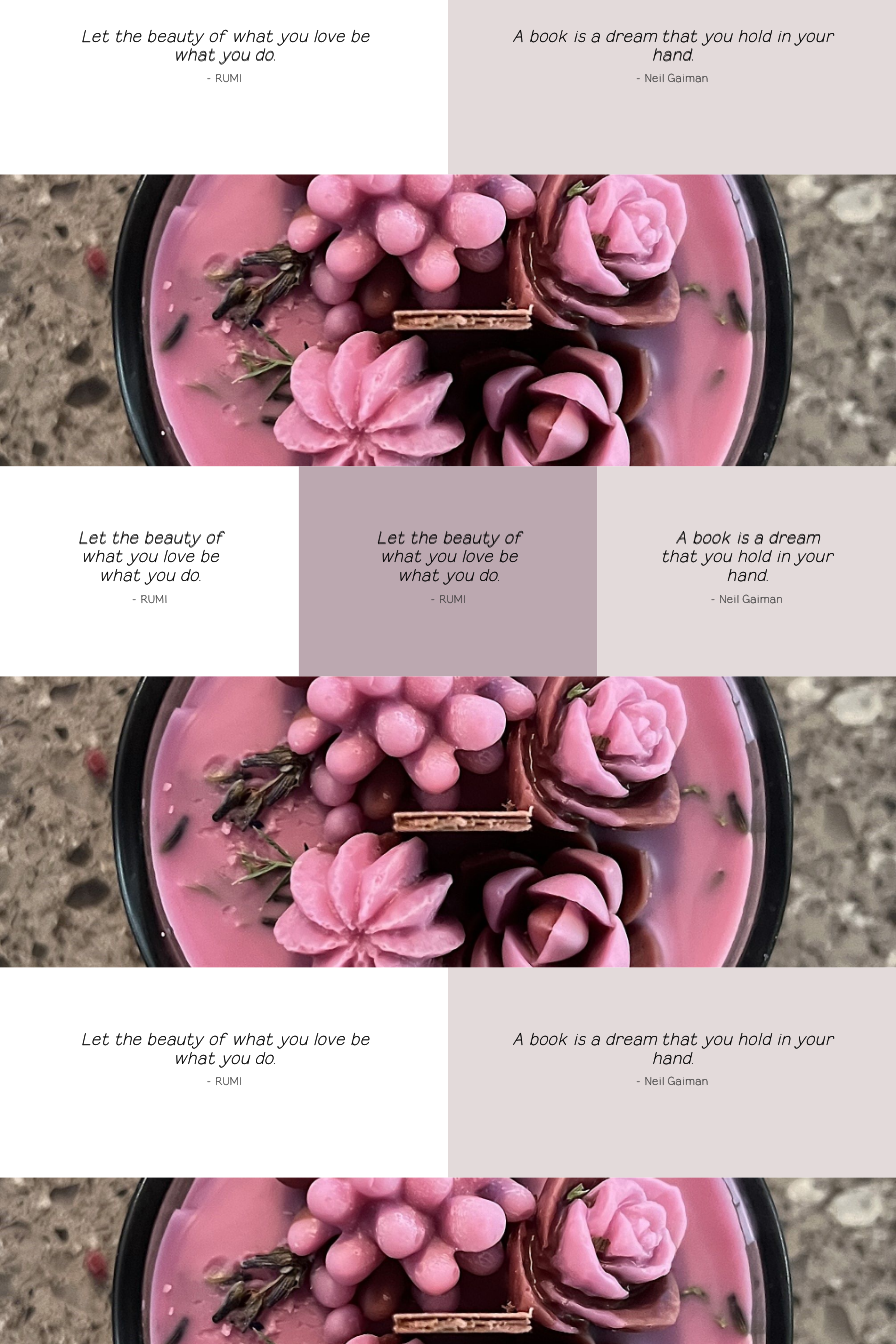
Repository: Brittany-Westlund/MART341-WebDesign
Page: WebDesignHomework/Assignment12/gallery.html
These files come from the project's save history. The page is drawn as it stood at one moment and after the next save; the edit follows.
The browser window is 1280 px wide. The pictures show the part of the page from y = 385 to 2305 px (the page is 2545 px tall before and 2649 px after), at 70% of full size.
Some web fonts or font styles are not loaded; a fallback is used.

Above is the page before, as saved 2024-11-15 20:12:31.

### WebDesignHomework/Assignment12/gallery.html
<!DOCTYPE html>
<html lang="en">
<head>
    <meta charset="UTF-8">
    <meta name="viewport" content="width=device-width, initial-scale=1.0">
    <title>My Inspiration Board</title>
    <link rel="preconnect" href="https://fonts.googleapis.com">
    <link rel="preconnect" href="https://fonts.gstatic.com" crossorigin>
    <link href="https://fonts.googleapis.com/css2?family=Arvo:ital,wght@0,400;0,700;1,400;1,700&family=Khand:wght@300;400;500;600;700&display=swap" rel="stylesheet">
    <link rel="stylesheet" href="style/style.css">
</head>
<body>
    <nav>
        <ul>
            <li><a href="index.html">inspiration</a></li>
            <li><a href="gallery.html">gallery</a></li>
            <li><a href="about.html">about</a></li>
            <li><a href="contact.html">contact</a></li>
        </ul>
    </nav>

<!-- Full-width video section -->
<div>
    <video class="full-width-video" autoplay muted loop>
        <source src="videos/journaling-video.mp4" type="video/mp4">
        Your browser does not support the video tag.
    </video>
</div>

<!-- Two-column block section -->
    <div class="two-column-gallery">
        <div class="left-section">
            <blockquote>Let the beauty of what you love be what you do.</blockquote>
            <p id="quote-author">- RUMI</p>
        </div>
        <div class="right-section">
            <blockquote>A book is a dream that you hold in your hand.</blockquote>
            <p id="quote-author">- Neil Gaiman</p>
        </div>
    </div>

 <!-- Full-width image section -->
 <div>
    <img class="banner-image" src="images/succulent_candle_topview_banner.jpg">
</div>

<!-- Three-column block section -->
<div class="three-column-gallery">
    <div class="left-section">
        <blockquote>Let the beauty of what you love be what you do.</blockquote>
        <p id="quote-author">- RUMI</p>
    </div>
    <div class="middle-section">
        <blockquote>Let the beauty of what you love be what you do.</blockquote>
        <p id="quote-author">- RUMI</p>
    </div>
    <div class="right-section">
        <blockquote>A book is a dream that you hold in your hand.</blockquote>
        <p id="quote-author">- Neil Gaiman</p>
    </div>
</div>

 <!-- Full-width image section -->
    <div>
        <img class="banner-image" src="images/succulent_candle_topview_banner.jpg">
    </div>

<!-- Two-column block section -->
<div class="two-column-gallery">
    <div class="left-section">
        <blockquote>Let the beauty of what you love be what you do.</blockquote>
        <p id="quote-author">- RUMI</p>
    </div>
    <div class="right-section">
        <blockquote>A book is a dream that you hold in your hand.</blockquote>
        <p id="quote-author">- Neil Gaiman</p>
    </div>
</div>

<!-- Full-width image section -->
<div>
    <img class="banner-image" src="images/succulent_candle_topview_banner.jpg">
</div>

    <footer>
        &copy; 2024 My Inspiration Board
    </footer>
</body>
</html>

### WebDesignHomework/Assignment12/style/style.css
/* Reset default styles */
* {
    margin: 0;
    padding: 0;
    box-sizing: border-box;
}

@font-face {
    font-family: 'Kitten';
    src: url('fonts/Kitten.ttf') format('truetype');
    font-weight: normal;
    font-style: normal;
}


body {
    font-family: 'Kitten', sans-serif; /* Falls back to sans-serif if font fails to load */
    text-shadow: 0.25px 0.25px 0 #000; /* Creates a thin shadow outline */
    font-size: 1.05em; /* Slightly increase font size to give a bolder effect */
}

/* Navigation styling */
nav {
    background-color: #fefefe;
    padding: 10px;
    text-align: center;
    font-family: arvo,  sans-serif;
    letter-spacing: 2px;
    font-size: 13px;
}

nav ul {
    list-style-type: none;
    display: flex;
    justify-content: center;
    gap: 20px;
}

nav ul li a {
    color: #4f3d3d;
    text-decoration: none;
    transition: color 0.3s ease, transform 0.3s ease; /* Smooth transition for hover effects */
}

/* Hover effect */
nav ul li a:hover {
    color: #a8858e; /* Change color on hover */
    text-decoration: overline; /* Add overline on hover for cleaner look */
}

h1 {
    font-family: arvo, sans-serif;
    letter-spacing: 2px;
}

/* Dark gray banner styling */
.banner {
    height: 200px;
    background-color: #333;
    color: white;
    display: flex;
    align-items: center;
    justify-content: center;
    font-size: 3.3em;
    font-family: arvo;
    text-align: center;
    letter-spacing: 0.2em;
}

/* Banner image styling */
.banner-image {
    width: 100%;
    height: auto;
    display: block;
}

/* Two-column block styling */
.two-column-block {
    display: flex;
}

.two-column-block div {
    flex: 1;
    padding: 90px;
    text-align: center;
}

/* Two-column gallery styling */
.two-column-gallery {
    display: flex;
}

.two-column-gallery div {
    flex: 1;
    height: 300px;
    padding: 90px;
    text-align: center;
}

/* Three-column gallery styling */
.three-column-gallery {
    display: flex;
}

.three-column-gallery div {
    flex: 1;
    height: 300px;
    padding: 90px;
    text-align: center;
}

.left-section {
    background-color: #ffffff;
}

.middle-section {
    background-color: #bca8b0;
}

.right-section {
    background-color: #e3dada;
}

.about-section {
    max-width: 800px; /* Limits the width for readability */
    margin: 0 auto; /* Centers the section horizontally */
    padding: 20px; /* Adds space inside the section */
    text-align: center; /* Centers the text */
    line-height: 1.6; /* Improves readability */
}

/* Styling for blockquote and author */
blockquote {
    font-size: 1.5em;
    font-style: italic;
    margin-bottom: 10px;
}

#quote-author {
    font-size: 1em;
    color: #555;
    margin-top: 5px;
}

/* Full-width video styling */
.full-width-video {
    width: 100%;
    height: 300px;
    object-fit: cover;
    display: block;
}

/* Footer styling */
footer {
    background-color: #333;
    color: white;
    text-align: center;
    padding: 20px;
}

After the next save:
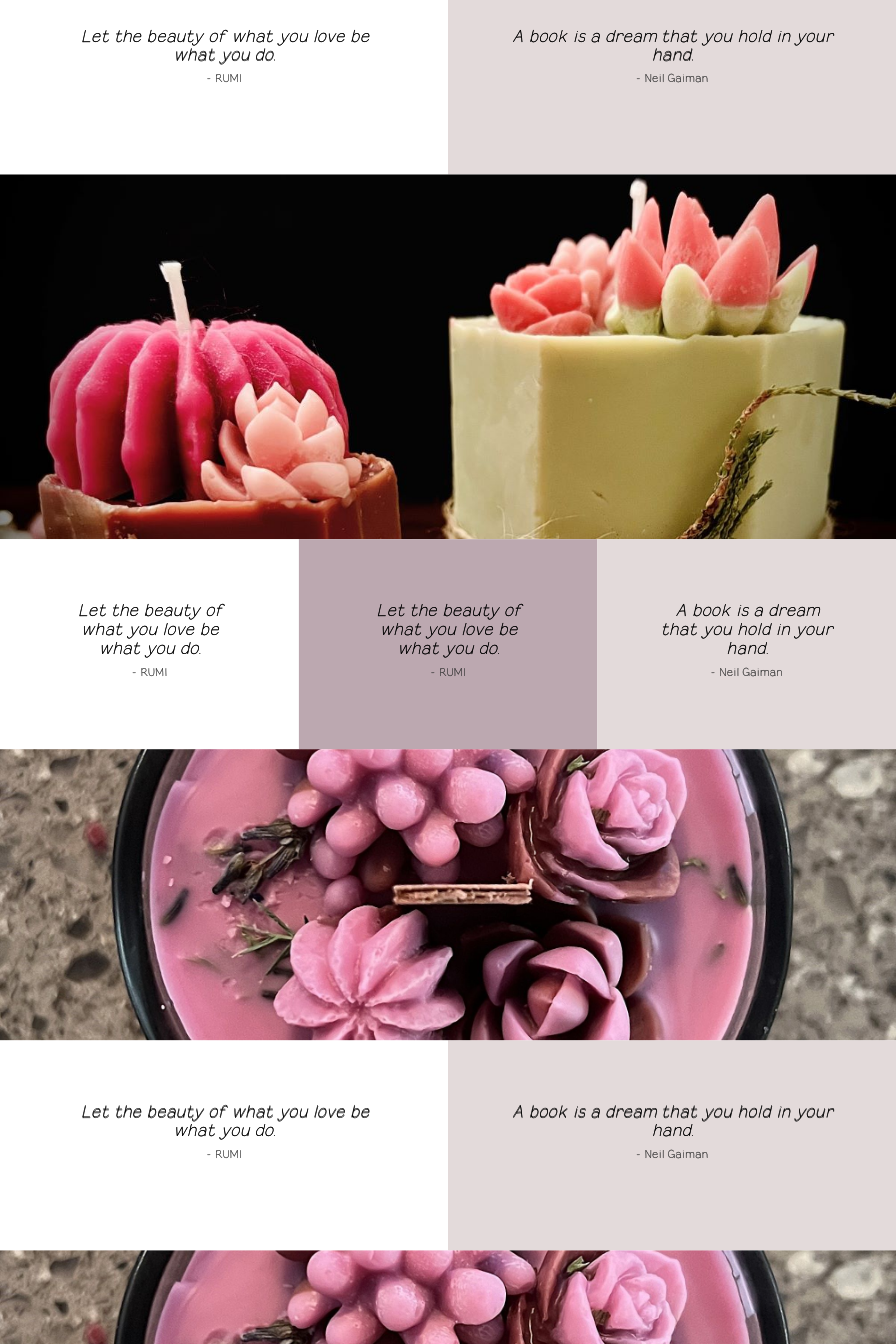
Saved 29 min 1 s later.
--- a/WebDesignHomework/Assignment12/gallery.html
+++ b/WebDesignHomework/Assignment12/gallery.html
@@ -41,7 +41,7 @@
 
  <!-- Full-width image section -->
  <div>
-    <img class="banner-image" src="images/succulent_candle_topview_banner.jpg">
+    <img class="banner-image" src="images/closeup-two-candles.JPG">
 </div>
 
 <!-- Three-column block section -->

After the save that followed:
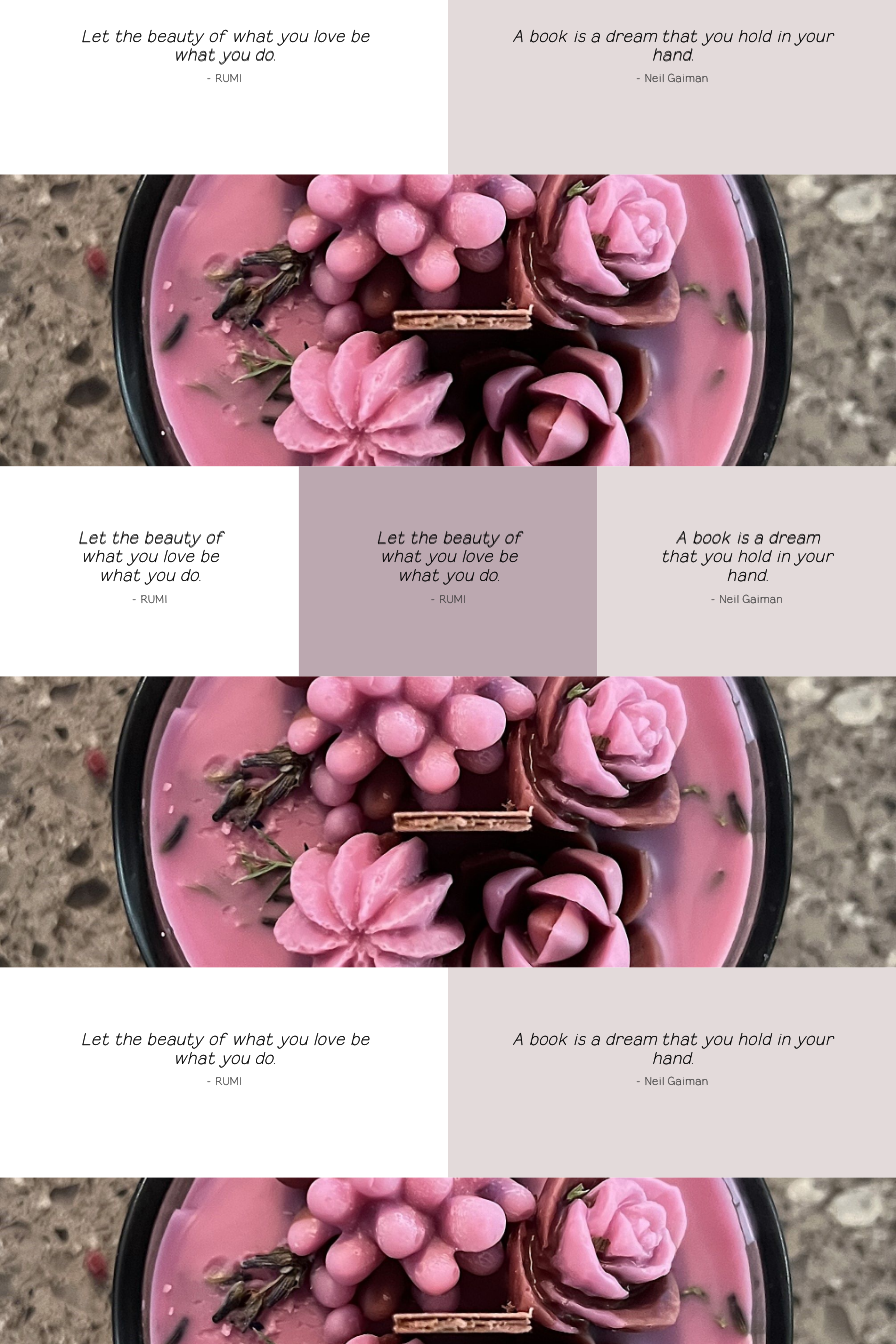
Saved 22 s later.
--- a/WebDesignHomework/Assignment12/gallery.html
+++ b/WebDesignHomework/Assignment12/gallery.html
@@ -41,7 +41,7 @@
 
  <!-- Full-width image section -->
  <div>
-    <img class="banner-image" src="images/closeup-two-candles.JPG">
+    <img class="banner-image" src="images/succulent_candle_topview_banner.jpg">
 </div>
 
 <!-- Three-column block section -->
